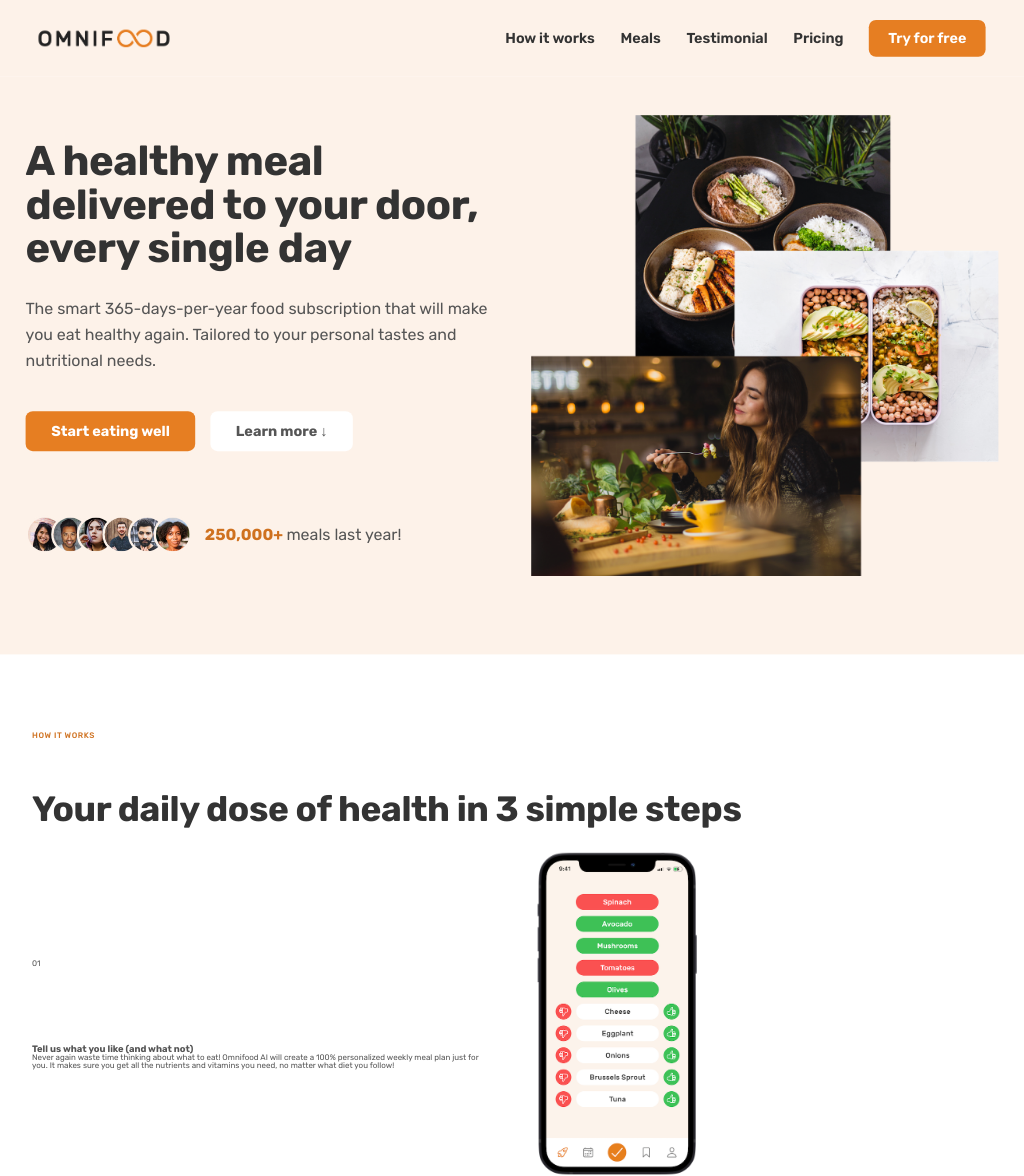
Repository: WefsCao/Omnifood
Page: index.html
These files come from the project's save history. The page is drawn as it stood at one moment and after the next save; the edit follows.
The browser window is 1280 px wide. The pictures show the whole page, at 80% of full size.

Above is the page before, as saved 2022-06-04 20:07:35.

After the next save:
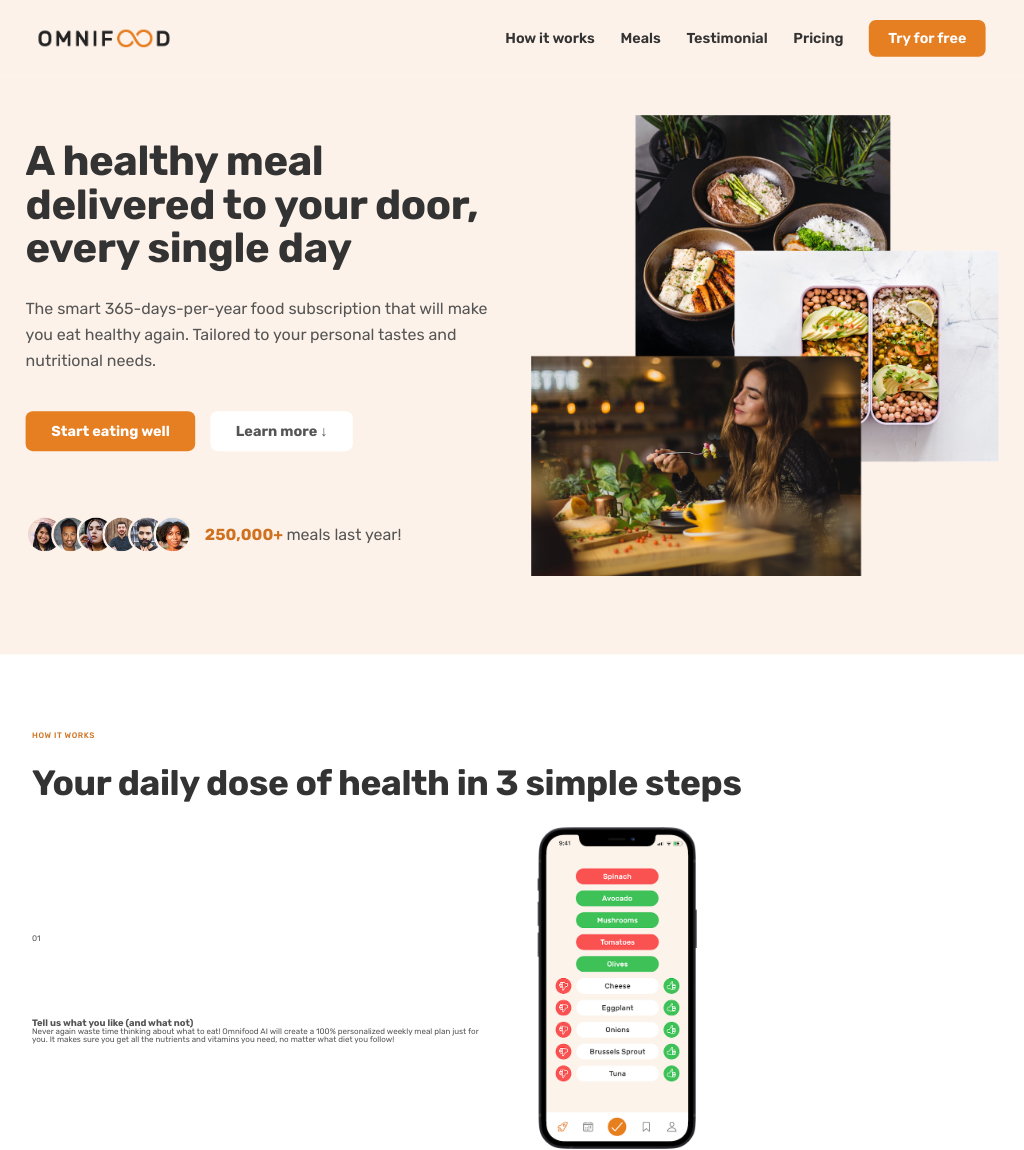
Saved 14 s later.
--- a/css/style.css
+++ b/css/style.css
@@ -134,7 +134,7 @@
 }
 .heading-secondary {
   font-size: 4.4rem;
-  margin-top: 6.4rem;
+  margin-top: 3.2rem;
 }
 .step-img {
   width: 35%;
